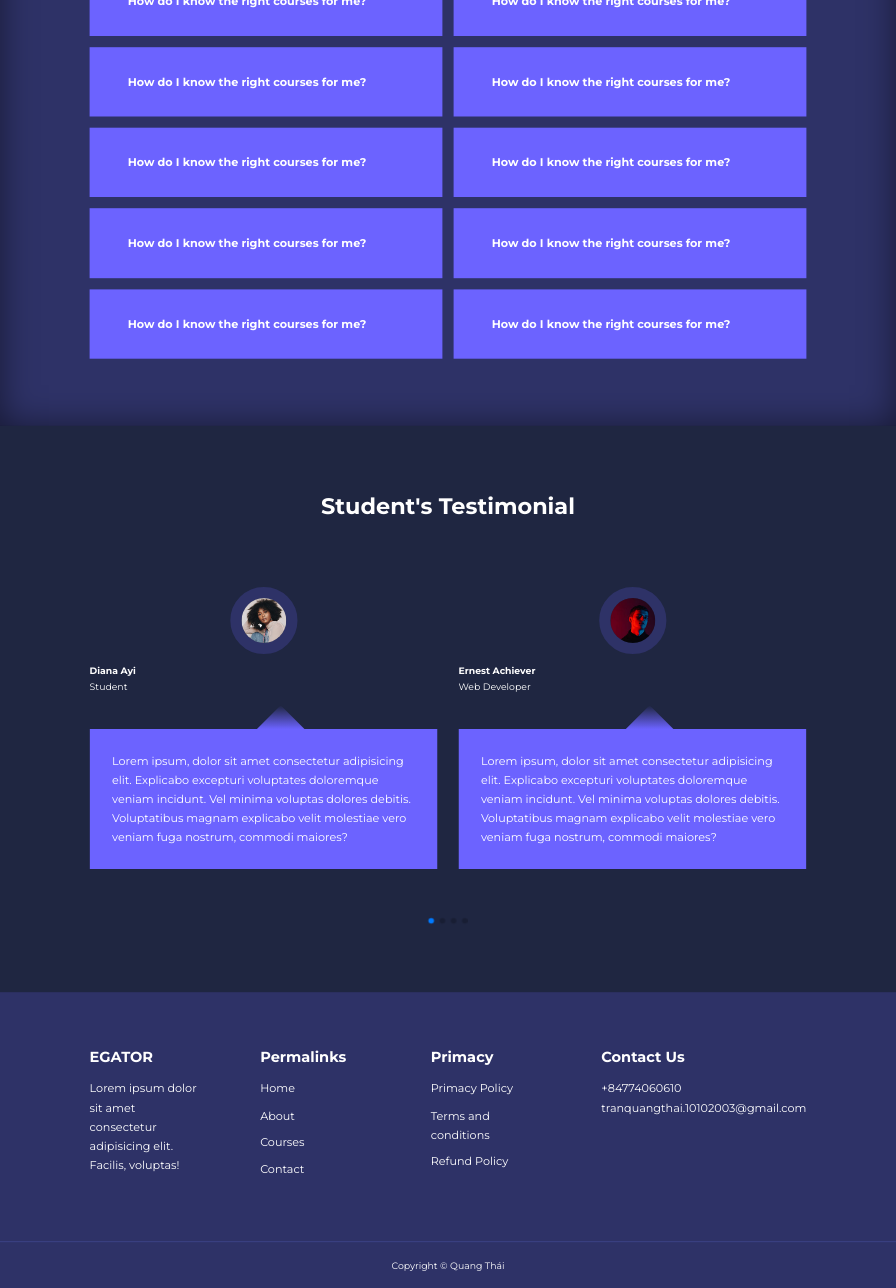
Repository: QUANGTHAI2003/education-web
Page: index.html
An editor plug-in stored every save of this project. The page is shown before and after the next save, followed by the edit.
The browser window is 1280 px wide. The pictures show the part of the page from y = 2279 to 4199 px (the page is 4119 px tall before and 4199 px after), at 70% of full size.
Some icons come from a web library that is not loaded, so they are not drawn.

Above is the page before, as saved 2022-03-12 09:16:27.

After the next save:
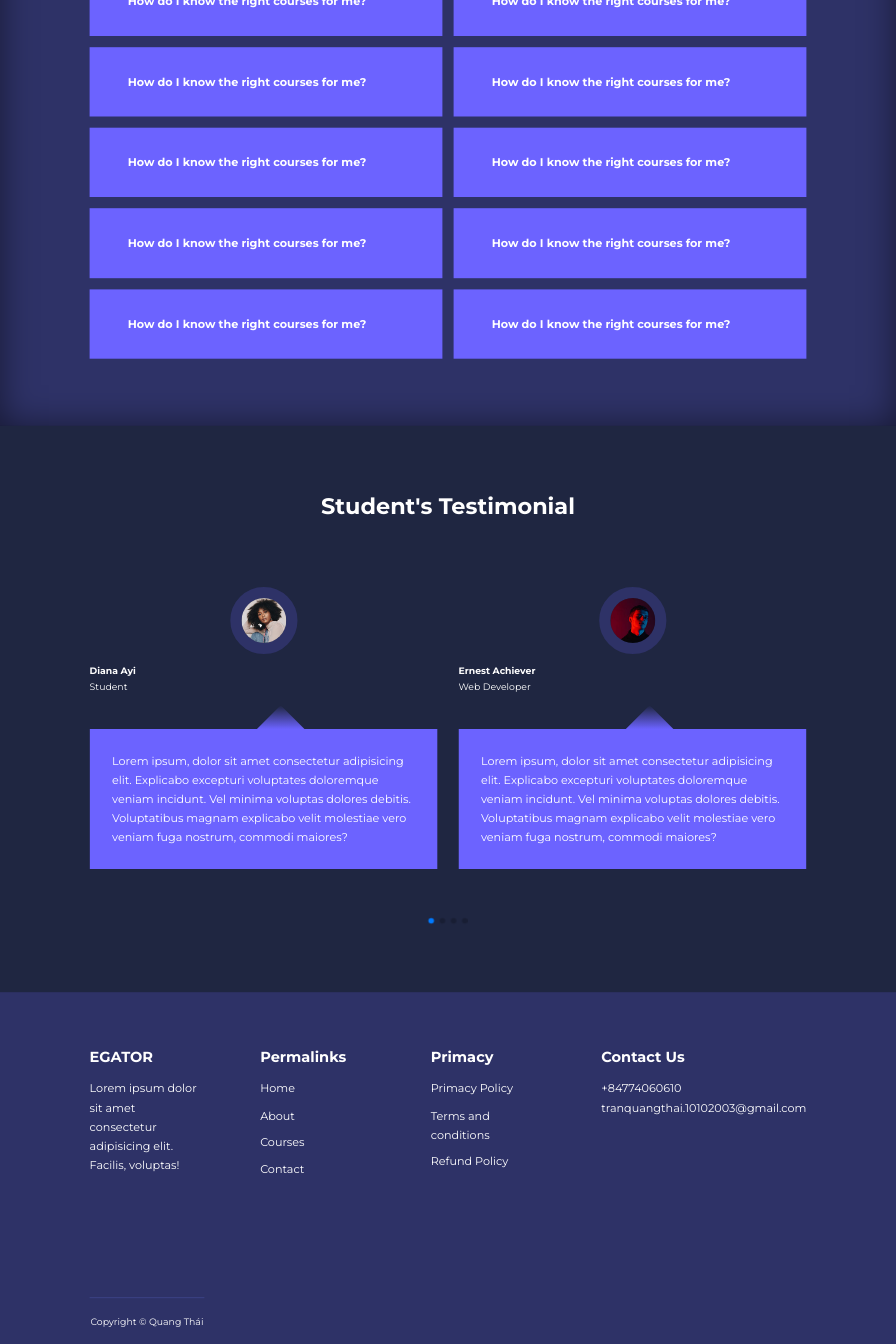
Saved 15 s later.
--- a/index.html
+++ b/index.html
@@ -448,9 +448,9 @@
                         </li>
                     </ul>
                 </div>
-            </div>
-            <div class="footer__copyright">
-                <small>Copyright &copy; Quang Thái</small>
+                <div class="footer__copyright">
+                    <small>Copyright &copy; Quang Thái</small>
+                </div>
             </div>
         </footer>
         <!-- END OF FOOTER CONTENT -->

After the save that followed:
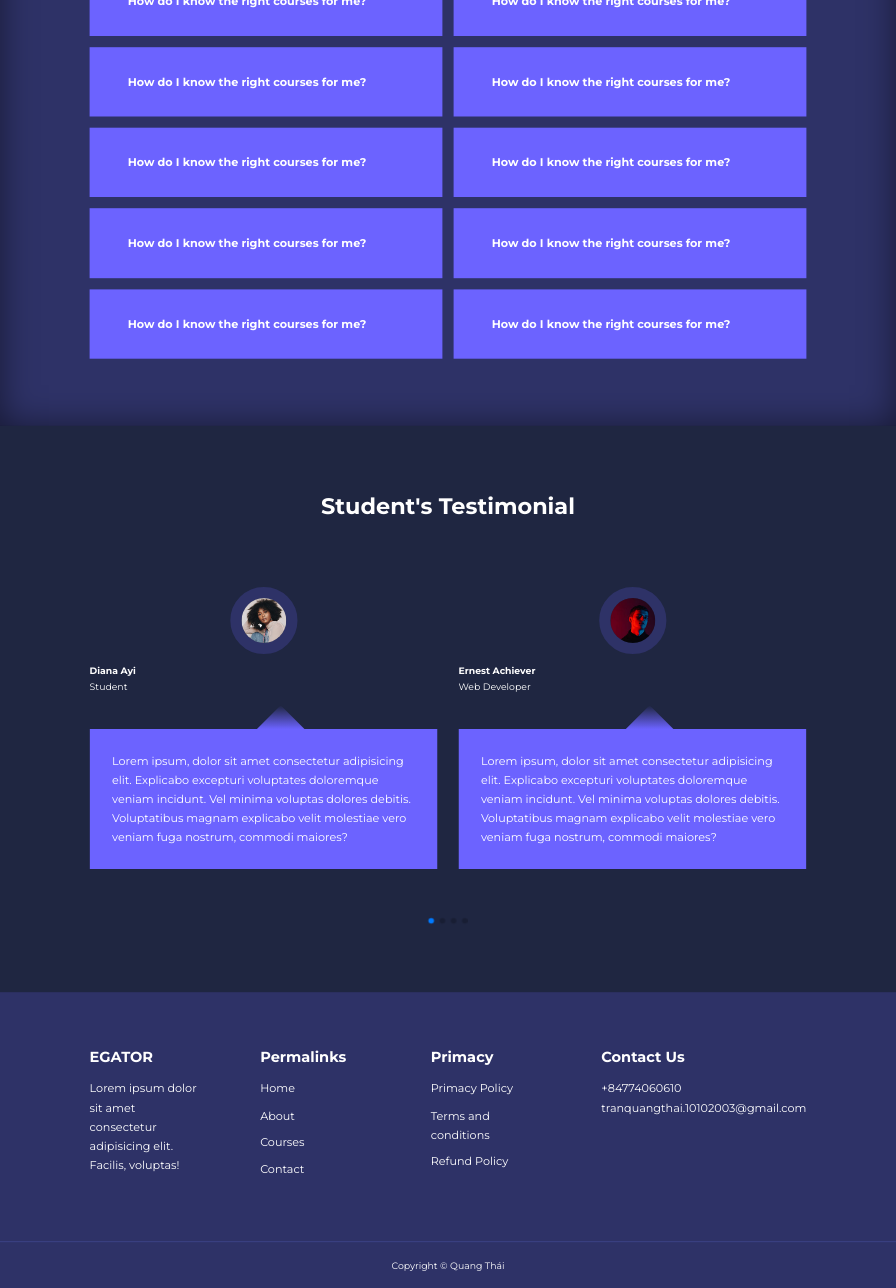
Saved 27 s later.
--- a/index.html
+++ b/index.html
@@ -448,9 +448,9 @@
                         </li>
                     </ul>
                 </div>
-                <div class="footer__copyright">
-                    <small>Copyright &copy; Quang Thái</small>
-                </div>
+            </div>
+            <div class="footer__copyright">
+                <small>Copyright &copy; Quang Thái</small>
             </div>
         </footer>
         <!-- END OF FOOTER CONTENT -->
